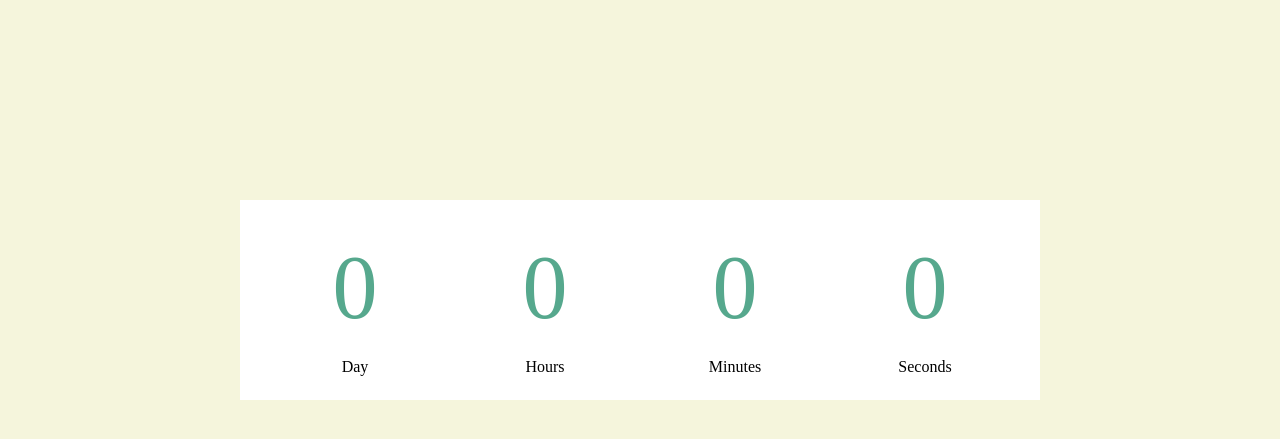
Repository: tienbkvn0605/counddown-demo
Page: index.html
An editor plug-in stored every save of this project. The page is shown before and after the next save, followed by the edit.
The browser window is 1280 px wide. The pictures show the whole page.

Above is the page before, as saved 2022-10-04 23:25:50.

### index.html
<!DOCTYPE html>
<html lang="en">
  <head>
    <meta charset="UTF-8" />
    <meta http-equiv="X-UA-Compatible" content="IE=edge" />
    <meta name="viewport" content="width=device-width, initial-scale=1.0" />
    <link rel="stylesheet" href="resetcss.css" />
    <link rel="stylesheet" href="style.css" />
    <title>Document</title>
  </head>
  <body>
    <ul class="countdown">
      <li>
        <span class="number days">0</span>
        <span class="text">Day</span>
      </li>
      <li>
        <span class="number hours">0</span>
        <span class="text">Hours</span>
      </li>
      <li>
        <span class="number minutes">0</span>
        <span class="text">Minutes</span>
      </li>
      <li>
        <span class="number seconds">0</span>
        <span class="text">Seconds</span>
      </li>
    </ul>
  </body>
  <script src="app.js"></script>
</html>

### resetcss.css
*,
*::before,
*::after {
  box-sizing: border-box;
}
* {
  margin: 0;
  padding: 0;
  font: inherit;
}
body {
  line-height: 1.5;
}
img,
picture,
video,
canvas,
svg {
  display: block;
  max-width: 100%;
}
input,
button,
textarea,
select {
  outline: none;
}
p,
h1,
h2,
h3,
h4,
h5,
h6 {
  overflow-wrap: break-word;
}

### style.css
body {
  background-color: beige;
}
ul {
  list-style: none;
}
.countdown {
  width: 800px;
  height: 200px;
  margin: 200px auto;
  background-color: white;
  display: grid;
  grid-template-columns: repeat(4, 1fr);
  padding: 20px;
}
.countdown li {
  display: flex;
  align-items: center;
  flex-direction: column;
}
.number {
  font-size: 90px;
  color: rgb(86, 168, 141);
}

Loaded but not shown: app.js (no copy from this time; the picture is the same without it)

After the next save:
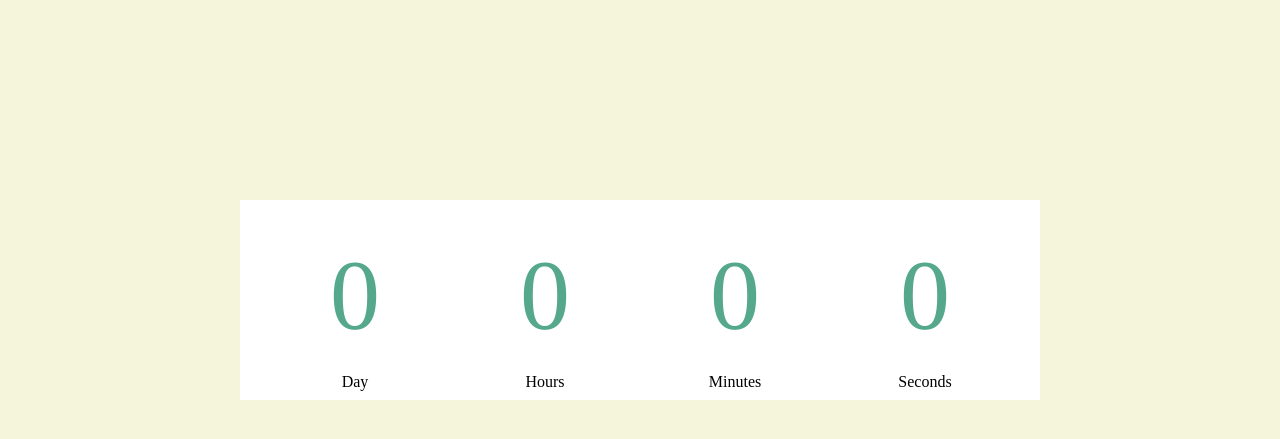
Saved 94 s later.
--- a/style.css
+++ b/style.css
@@ -19,6 +19,6 @@ ul {
   flex-direction: column;
 }
 .number {
-  font-size: 90px;
+  font-size: 100px;
   color: rgb(86, 168, 141);
 }
